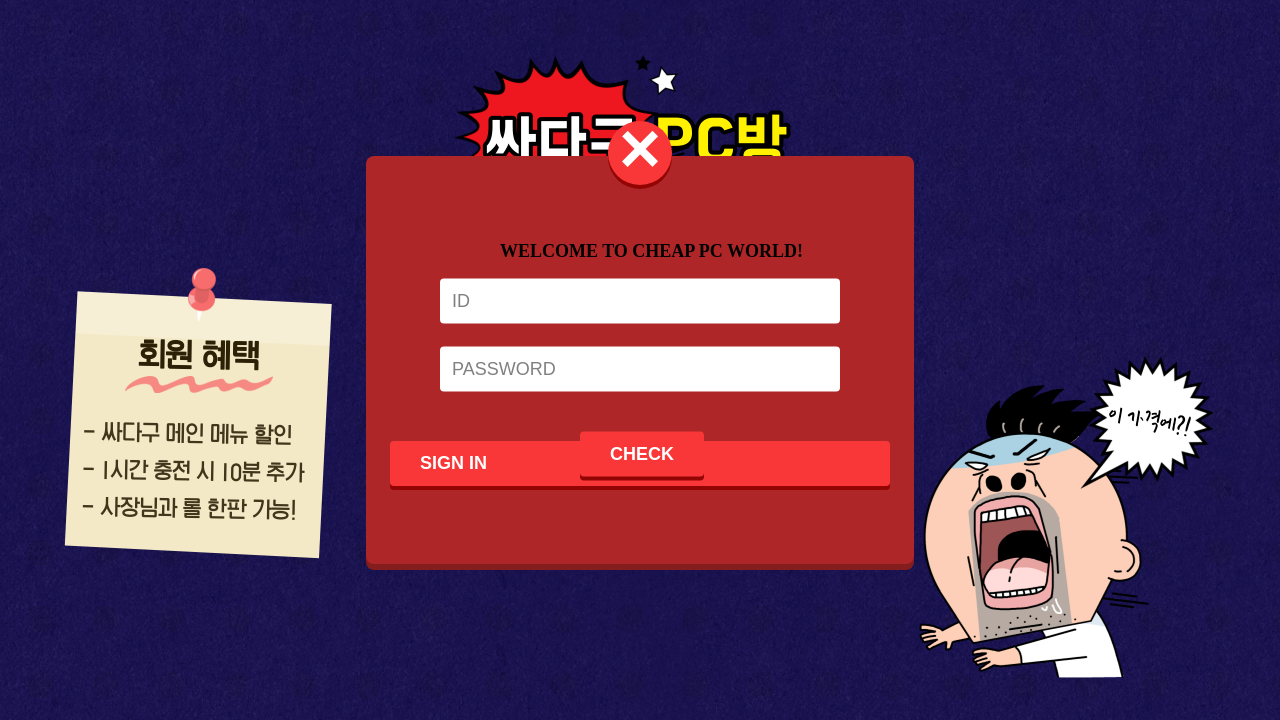
Repository: lkwoung/webProject-assignment
Page: http://localhost/CheapPC/
The author's editor kept a copy of each file at every save. The page is drawn from the files as they stood at one save, then again after the next save.
The browser window is 1280 px wide. The pictures show the whole page.
After loading, the first visible `button.button-signup` was clicked once.
Some web fonts or font styles are not loaded; a fallback is used. Some web libraries are served in a nearby version. The page is served by Tomcat 9.

Above is the page before, as saved 2020-12-11 14:38:21.

After the next save:
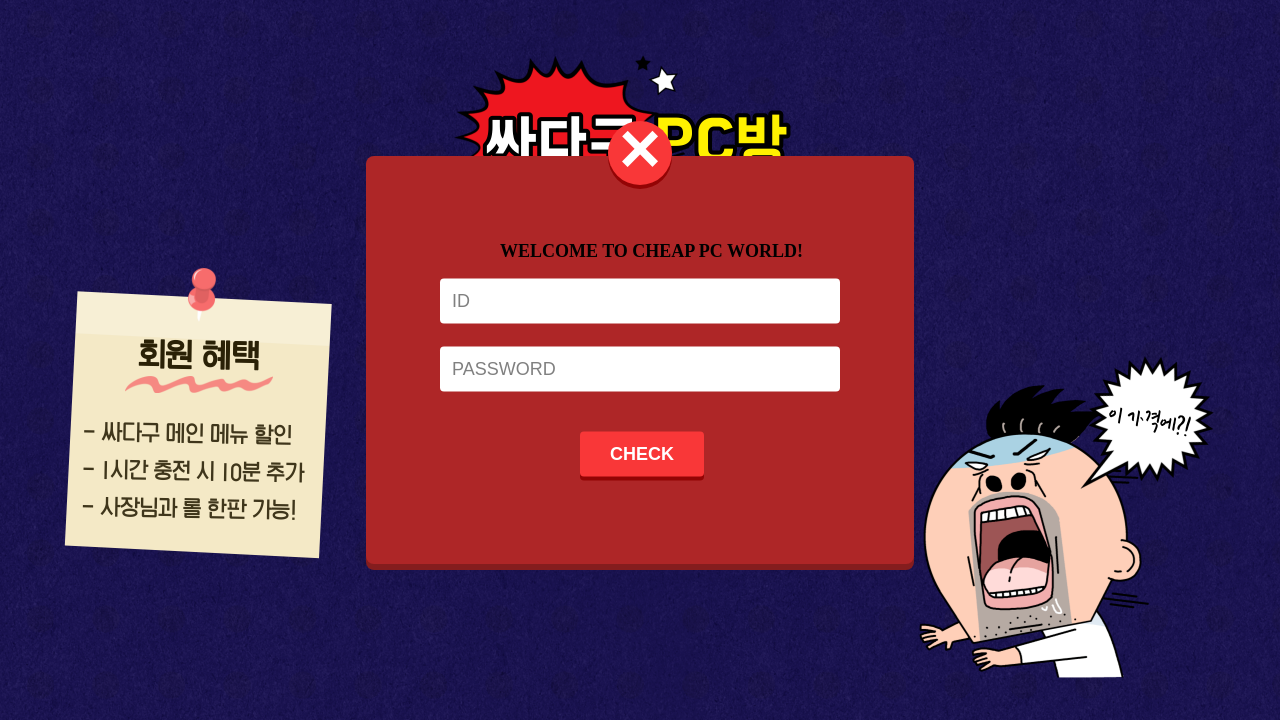
Saved 50 s later.
--- a/CheapPC/WebContent/js/script.js
+++ b/CheapPC/WebContent/js/script.js
@@ -2,10 +2,10 @@ var flag = true;
 $('button').on('click', function() {
   $('.block-signup').toggleClass('is-active');
   if(flag == true){
-     $('.button-secondary').hide();
+     $('new').hide();
      flag = false;
   }else{
-    $('.button-secondary').show();
+    $('new').show();
     flag = true;
   }
 });
